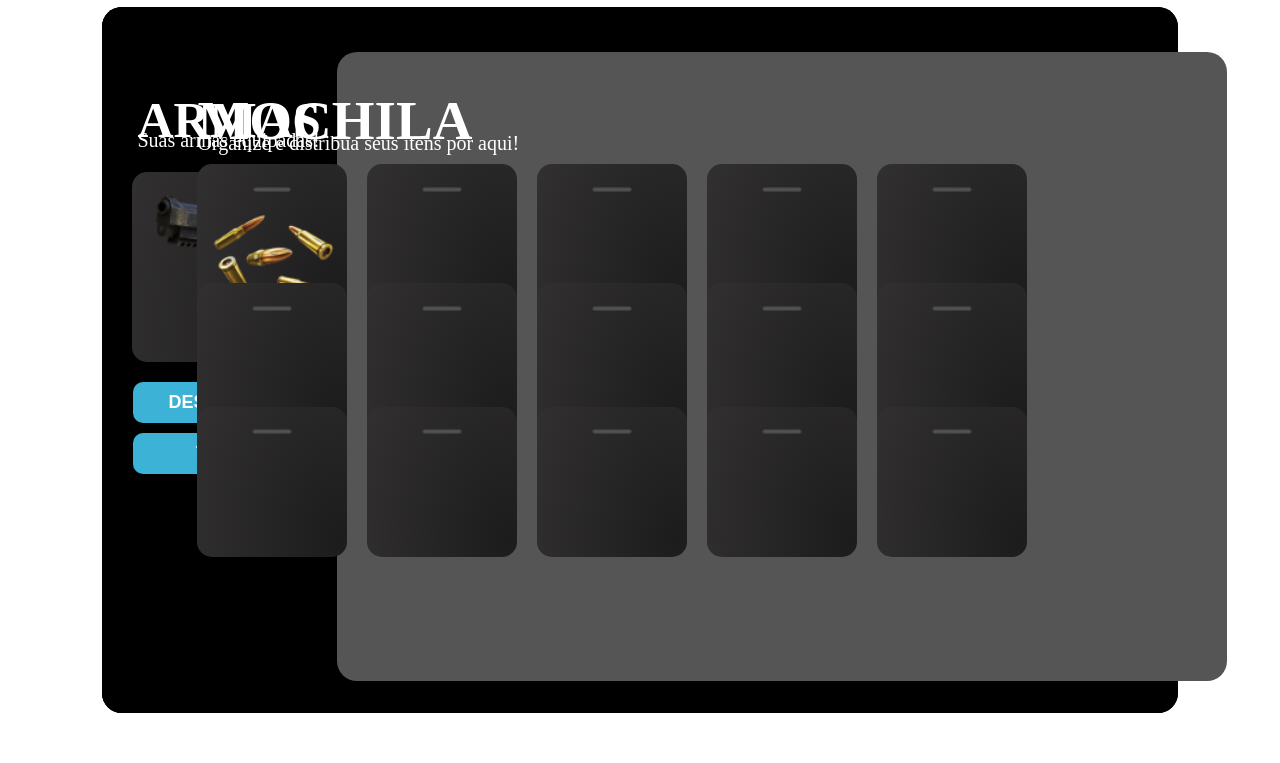
Repository: DuMCorrea/Mochila
Page: index.html
An editor plug-in stored every save of this project. The page is shown before and after the next save, followed by the edit.
The browser window is 1280 px wide. The pictures show the whole page.
Some web fonts or font styles are not loaded; a fallback is used.

Above is the page before, as saved 2024-09-02 23:15:11.

After the next save:
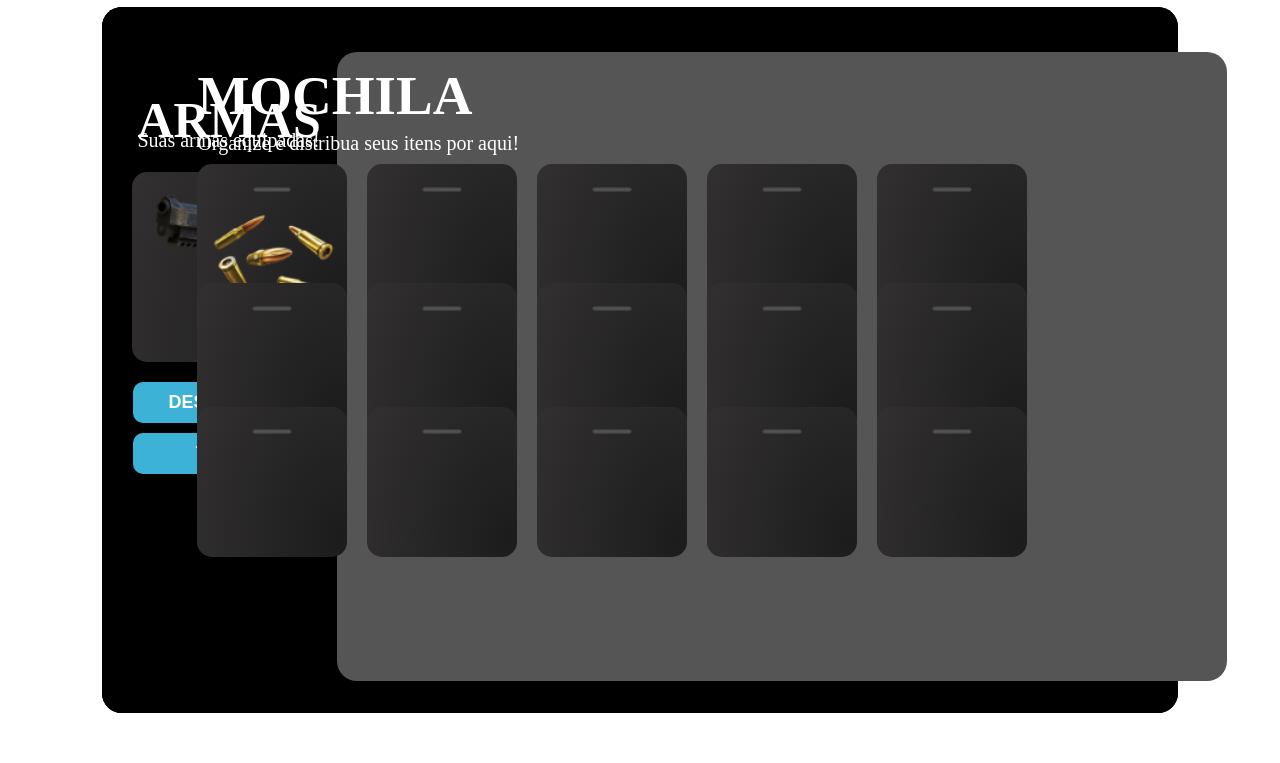
Saved 5 s later.
--- a/styles.css
+++ b/styles.css
@@ -160,7 +160,7 @@ body, html {
     text-align: left; /* Alinha o texto à esquerda */
     position: relative; /* Posicionamento relativo para o elemento abaixo */
     right: 160px;
-    bottom: 205x;
+    bottom: 25px;
 }
 
 .right-div p {
